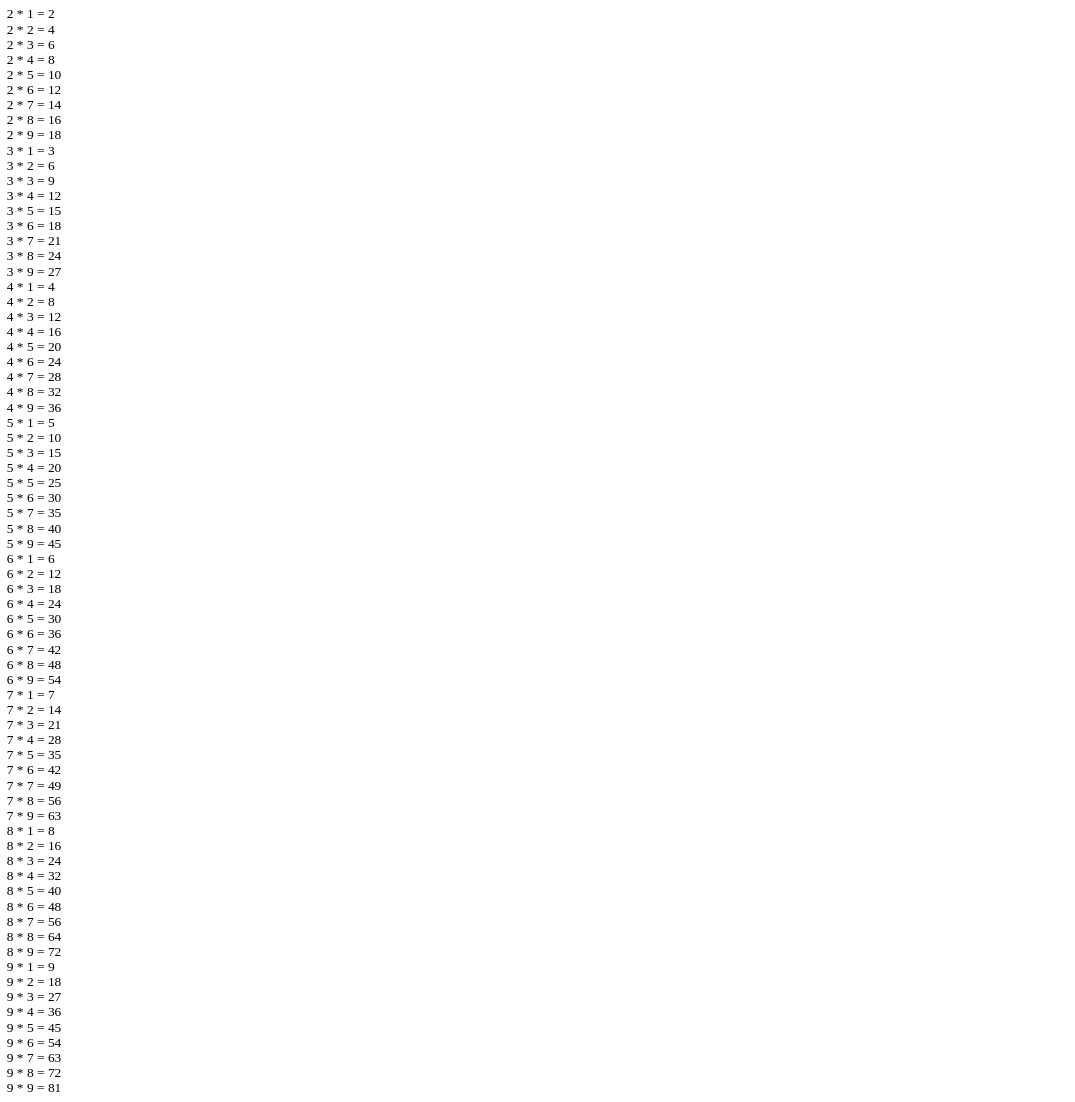
Repository: bjKim2/JSP
Page: http://localhost/JSP/Ex02.jsp
The author's editor kept a copy of each file at every save. The page is drawn from the files as they stood at one save, then again after the next save.
The browser window is 1280 px wide. The pictures show the whole page, at 84% of full size.
The page is served by Tomcat 9.

Above is the page before, as saved 2022-03-15 06:53:54.

### JSP/src/main/webapp/Ex02.jsp
<%@ page language="java" contentType="text/html; charset=UTF-8"
    pageEncoding="UTF-8"%>
<!DOCTYPE html>
<html>
<head>
<meta charset="UTF-8">
<title>Insert title here</title>
</head>
<body>
<!-- 	<form>
		<input type="number" name = "a">
		<input type="number" name = "b">
		<input
	</form> -->

	<%
		for(int i = 2;i<=9;i++){
			for(int j = 1; j<=9;j++){
				%>

				<%=i %> * <%=j %> = <%=i*j %> <br>



				<%

			}
		}

	%>

</body>
</html>

After the next save:
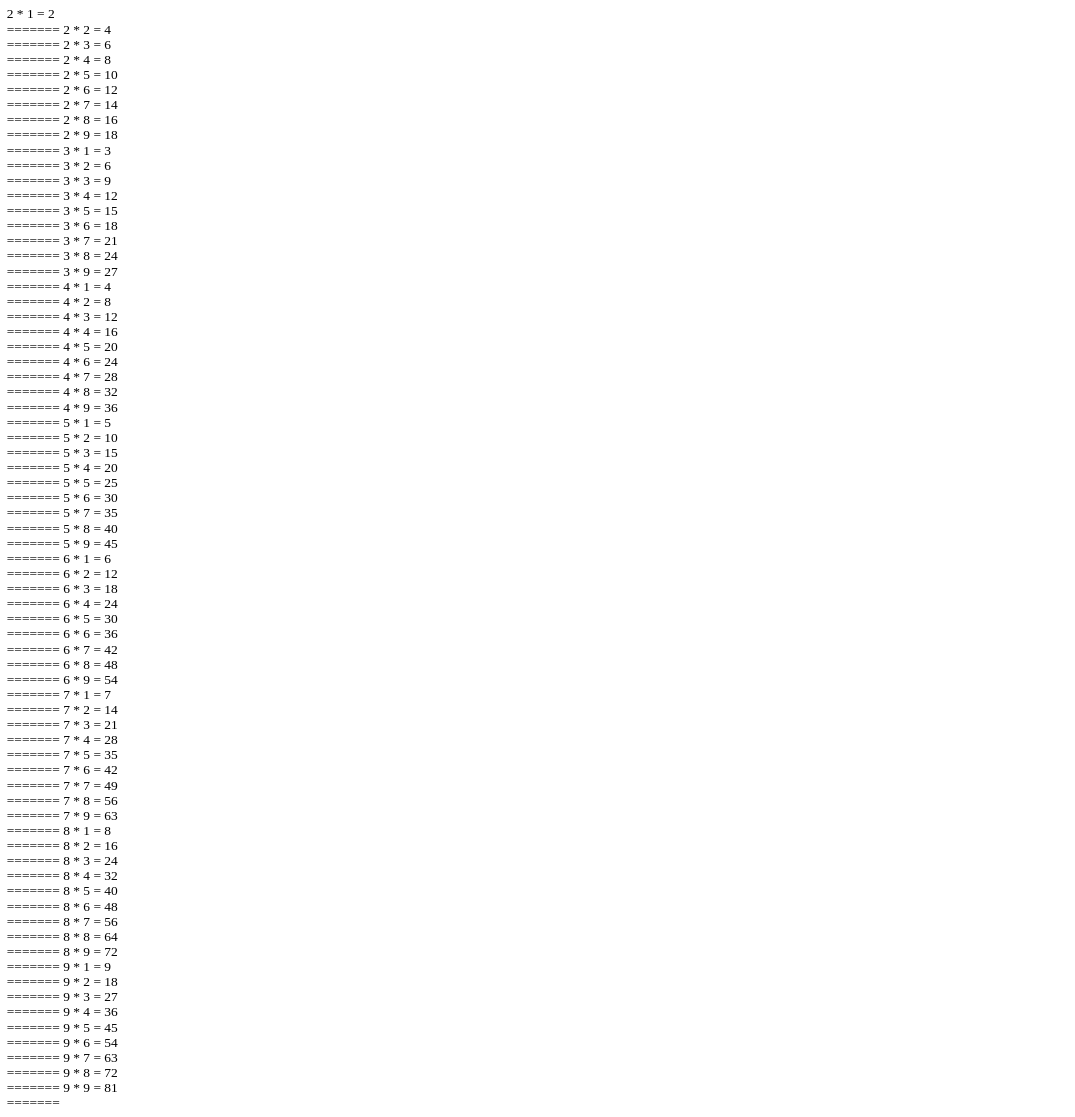
Saved 4 min 7 s later.
--- a/JSP/src/main/webapp/Ex02.jsp
+++ b/JSP/src/main/webapp/Ex02.jsp
@@ -19,7 +19,7 @@
 				%>
 
 				<%=i %> * <%=j %> = <%=i*j %> <br>
-
+				=======
 
 
 				<%
